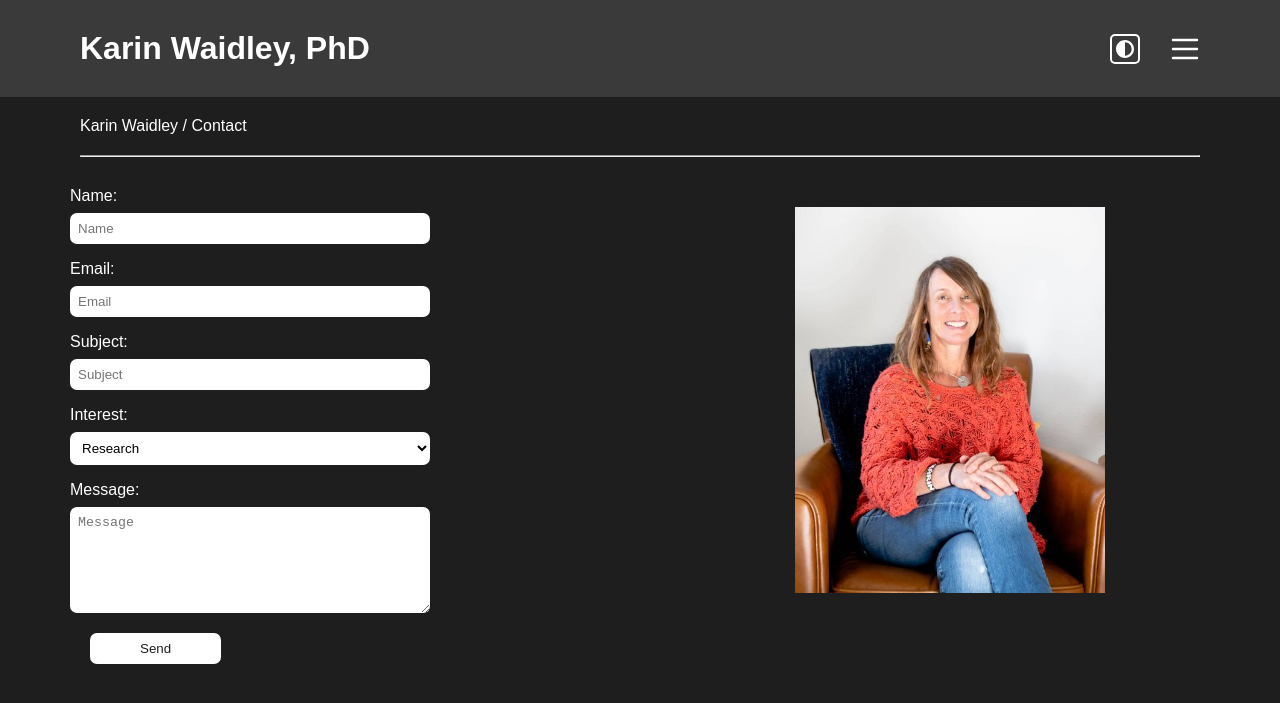
Repository: Ceasor7/Karin
Page: contact.html
The author's editor kept a copy of each file at every save. The page is drawn from the files as they stood at one save, then again after the next save.
The browser window is 1280 px wide. The pictures show the whole page.

Above is the page before, as saved 2023-12-14 17:31:50.

### contact.html
<!DOCTYPE html>
<html lang="en">

<head>
    <meta charset="UTF-8">
    <meta name="viewport" content="width=device-width, initial-scale=1.0">
    <title>Karin Waidley, PhD | Contact</title>
    <style>
        ::-webkit-scrollbar {
            width: .8em;
            border-radius: .3rem;
            background-color: hsl(0, 0%, 65%);
        }

        ::-webkit-scrollbar-thumb {
            border-radius: .3rem;
            background-color: hsl(0, 0%, 55%);
        }

        ::-webkit-scrollbar-thumb:hover {
            background-color: hsl(0, 0%, 45%);
        }

        /* Resetting some default styles for better consistency */
        body,
        h1,
        h2,
        h3,
        p,
        ul,
        li {
            margin: 0;
            padding: 0;
            list-style: none;
        }

        /* Global styles */
        body {
            font-family: Arial, sans-serif;
            background-color: var(--primary-color);
        }

        :root {
            --primary-color: #1E1E1E;
            --secondary-color: #ffffff;
        }

        .darkmode {
            --primary-color: #ffffff;
            --secondary-color: #1E1E1E;
        }

        /* Navbar styles */
        header {
            background-color: #3A3A3A;
            color: white;
            padding: 10px 0;
        }

        .navbar {
            display: flex;
            justify-content: space-between;
            align-items: center;
            padding: 20px;
            margin-left: 60px;
            margin-right: 60px;
        }

        .navbar-logo {
            font-size: 2em;
            font-weight: bold;
        }

        .navbar-icons {
            display: flex;
            gap: 10px;
        }

        .dark-mode-toggle {
            color: var(--secondary-color);
            border: 2px solid currentColor;
            padding: 4px;
            background: transparent;
            cursor: pointer;
            border-radius: 5px;
            width: 30px;
            height: 30px;
        }

        .dark-mode-toggle,
        .svg-icon {
            margin-right: 20px;
        }

        /* Main content styles */
        section {
            margin-top: 20px;
        }

        .page-title {
            color: var(--secondary-color);
            margin-bottom: 20px;
        }

        /* Contact form styles */
        form {
            max-width: 600px;
            margin: 0 auto;
            color: var(--secondary-color);
        }

        label {
            display: block;
            margin-bottom: 8px;
            text-align: left;
            margin-left: 60px;
        }

        input,
        textarea,
        select {
            width: 60%;
            padding: 8px;
            margin-bottom: 16px;
            box-sizing: border-box;
            margin-left: 60px;
            background-color: white;
            border: none;
            border-radius: 7px;

        }

        /* New section styles */
        .image-section {
            text-align: center;
            margin-top: 20px;
        }

        .image-section img {
            max-width: 50%;
            height: auto;
        }


        .flex-container {
            display: flex;
            justify-content: space-between;
            margin-top: 30px;
        }

        .flex-container>div {
            flex: 1;
            margin-right: 20px;
        }

        .form-button {
            margin-left: 90px;
            margin-bottom: 20px;
        }

        .formSend-button {
            padding: 8px;
            background-color: var(--secondary-color);
            color: var(--primary-color);
            padding-left: 50px;
            padding-right: 50px;
            border-radius: 7px;
            border: none;
        }

        section {
            margin-top: 20px;
            margin-left: 80px;
            margin-right: 80px;
        }
    </style>
</head>

<body>
    <header>
        <div class="navbar">
            <div class="navbar-logo">Karin Waidley, PhD</div>
            <div class="navbar-icons">
                <button id="dark-mode-toggle" class="dark-mode-toggle">
                    <svg width="100%" xmlns="http://www.w3.org/2000/svg" viewBox="0 0 496 496">
                        <path fill="currentColor"
                            d="M8,256C8,393,119,504,256,504S504,393,504,256,393,8,256,8,8,119,8,256ZM256,440V72a184,184,0,0,1,0,368Z"
                            transform="translate(-8 -8)" />
                    </svg>
                </button>
                <svg xmlns="http://www.w3.org/2000/svg" x="0px" y="0px" width="30" height="30" viewBox="0 0 50 50"
                    style="fill:#FFFFFF;">
                    <path
                        d="M 5 8 A 2.0002 2.0002 0 1 0 5 12 L 45 12 A 2.0002 2.0002 0 1 0 45 8 L 5 8 z M 5 23 A 2.0002 2.0002 0 1 0 5 27 L 45 27 A 2.0002 2.0002 0 1 0 45 23 L 5 23 z M 5 38 A 2.0002 2.0002 0 1 0 5 42 L 45 42 A 2.0002 2.0002 0 1 0 45 38 L 5 38 z">
                    </path>
                </svg>
            </div>
        </div>
    </header>

    <section>
        <p class="page-title">Karin Waidley / Contact</p>
        <hr>
    </section>
    <div class="flex-container">
        <div>
            <form>
                <label for="name">Name:</label>
                <input type="text" id="name" placeholder="Name" name="name" required>

                <label for="email">Email:</label>
                <input type="email" id="email" placeholder="Email" name="email" required>

                <label for="subject">Subject:</label>
                <input type="text" id="subject" placeholder="Subject" name="subject" required>

                <label for="interest">Interest:</label>
                <select id="interest" name="interest">
                    <option value="research">Research</option>
                    <option value="speaking">Speaking</option>
                    <option value="teaching">Teaching</option>
                    <option value="community-reach">Community Reach</option>
                </select>

                <label for="message">Message:</label>
                <textarea id="message" placeholder="Message" name="message" rows="6" required></textarea>


            </form>
        </div>
        <!-- New section with image -->
        <div class="image-section">
            <img src="images/Karin.jpeg" alt="Karin Waidley">
        </div>
    </div>
    <div class="form-button">
        <button class="formSend-button" type="submit">Send</button>
    </div>

    <script src="darkmode.js"></script>
</body>

</html>

### darkmode.js

let darkMode = localStorage.getItem('darkMode');

const darkModeToggle = document.querySelector('#dark-mode-toggle');

const enableDarkMode = () => {
  document.body.classList.add('darkmode');
  localStorage.setItem('darkMode', 'enabled');
}

const disableDarkMode = () => {

  document.body.classList.remove('darkmode');

  localStorage.setItem('darkMode', null);
}


if (darkMode === 'enabled') {
  enableDarkMode();
}

darkModeToggle.addEventListener('click', () => {

  darkMode = localStorage.getItem('darkMode');

  if (darkMode !== 'enabled') {
    enableDarkMode();
  } else {
    disableDarkMode();
  }
});

After the next save:
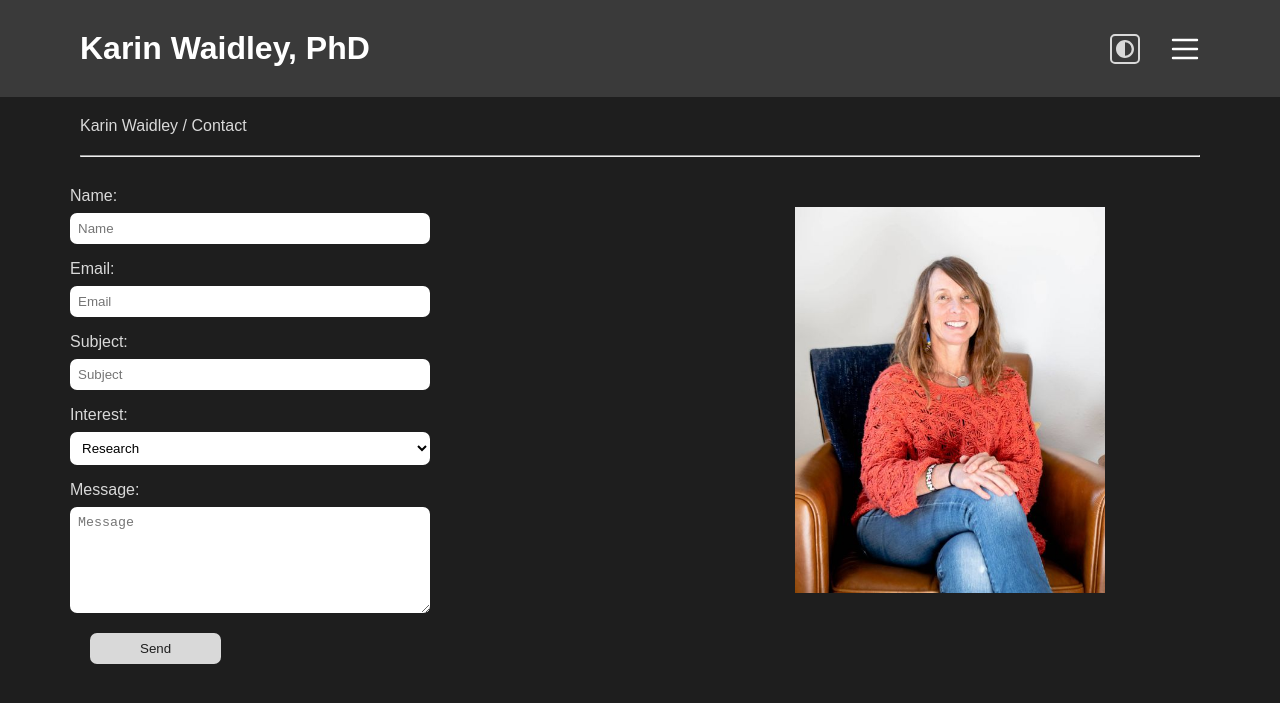
Saved 86 s later.
--- a/contact.html
+++ b/contact.html
@@ -42,7 +42,7 @@
 
         :root {
             --primary-color: #1E1E1E;
-            --secondary-color: #ffffff;
+            --secondary-color: #D9D9D9;
         }
 
         .darkmode {
